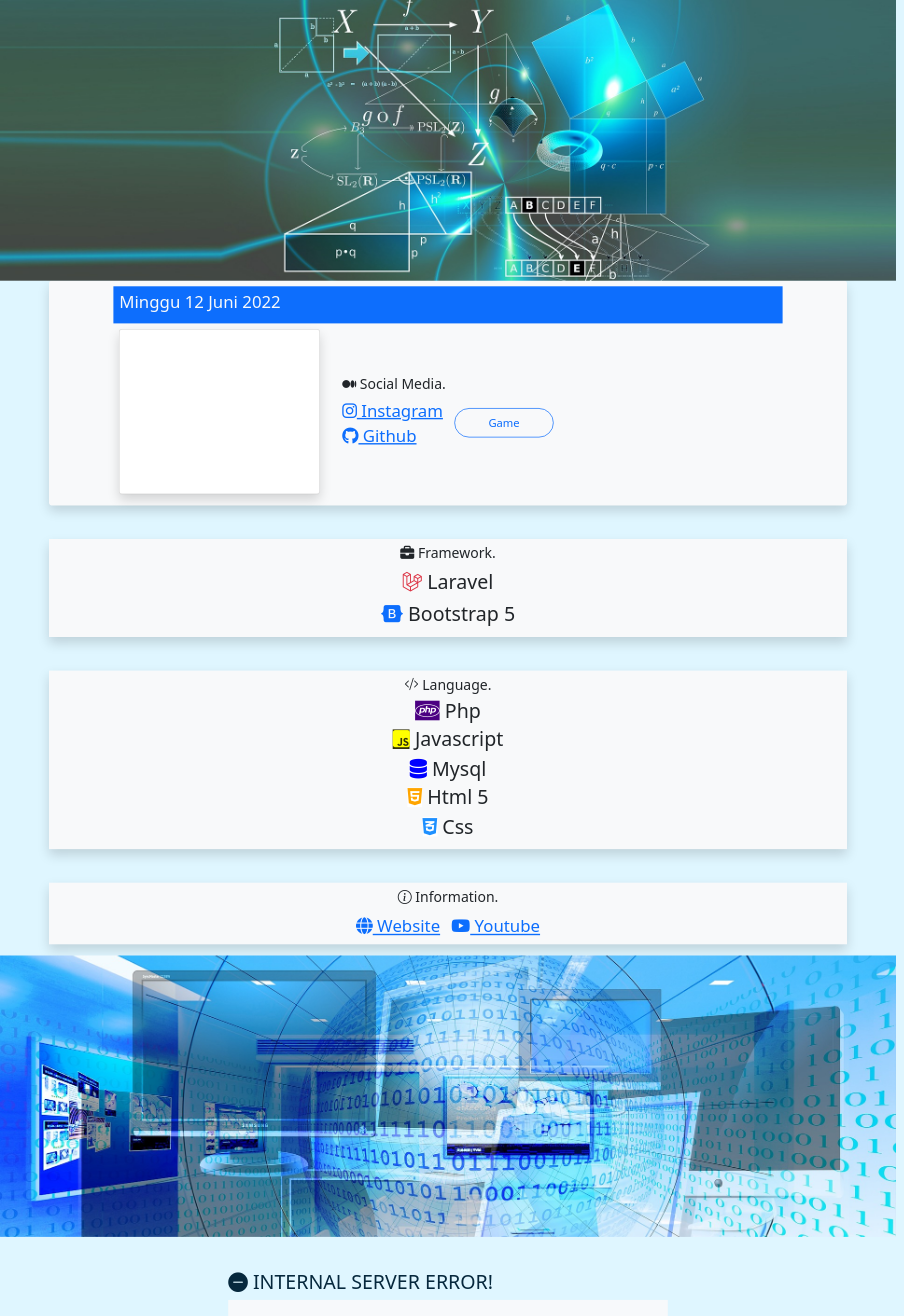
Repository: initer3737/initer3737.github.io
Page: index.html
An editor plug-in stored every save of this project. The page is shown before and after the next save, followed by the edit.
The browser window is 1280 px wide. The page is 1292 px wide, so the pictures cover 1292 px, including what lies to the right of the window. The pictures show the part of the page from y = 0 to 1880 px (the page is 3135 px tall before and 3138 px after), at 70% of full size.
Pictures or frames that could not be fetched are drawn as grey boxes. Some web libraries are served in a nearby version.

Above is the page before, as saved 2022-06-12 08:27:13.
Console error: TypeError: Cannot set properties of null (setting 'innerHTML')

After the next save:
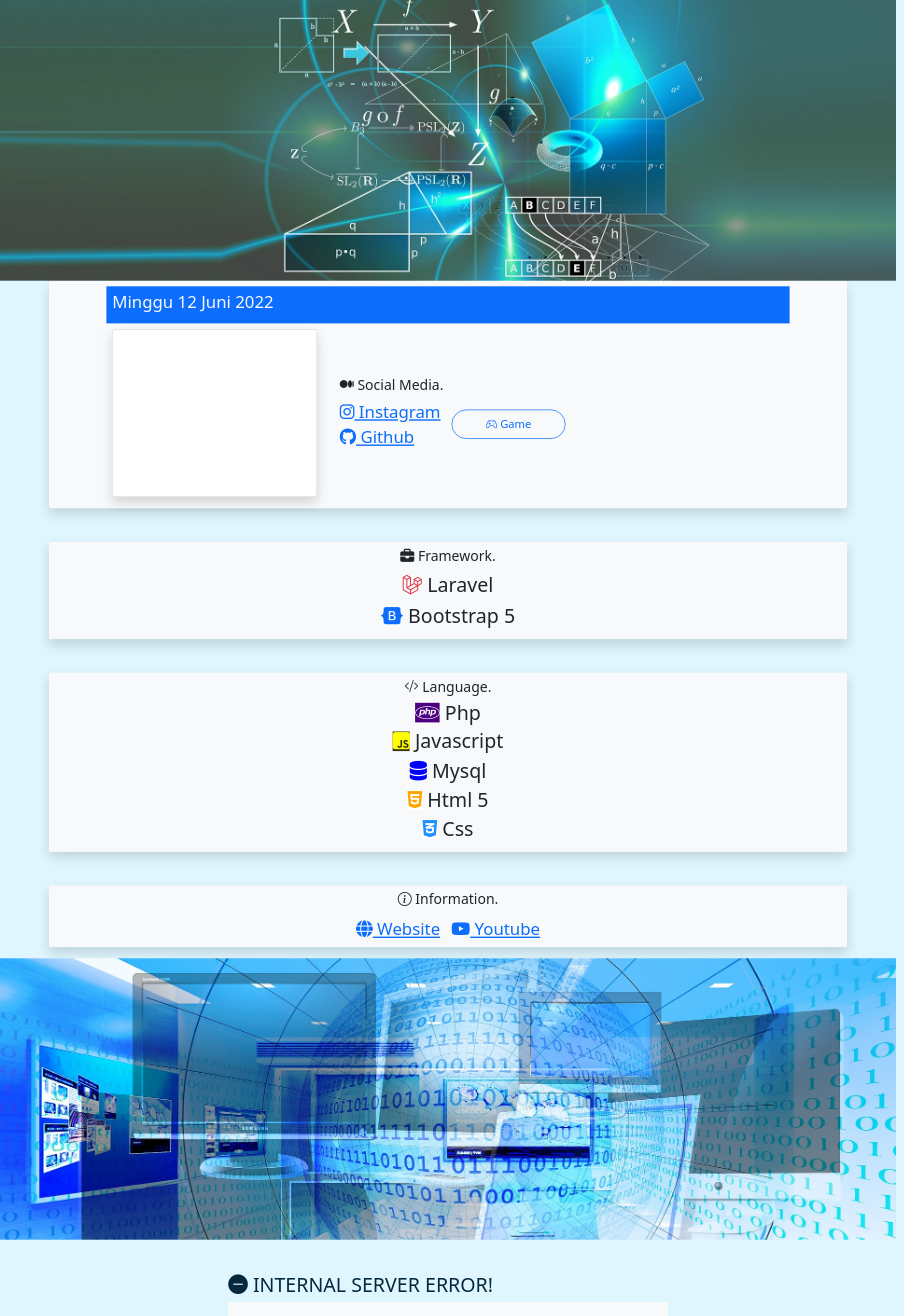
Saved 44 s later.
--- a/index.html
+++ b/index.html
@@ -43,7 +43,7 @@
                     <!-- <a href="https://www.duolingo.com/profile/PUTHUTWAHY" target="_blank" class="text-capitalize"><i class="fa-solid fa-globe"></i> duolingo</a> -->
                     <a href="https://github.com/initer3737" target="_blank" class="text-capitalize"><i class="fa-brands fa-github"></i> github</a>
                 </div>
-                <div class=""><a href="game.html" class="btn btn-outline-primary rounded-pill px-5 py-2">Game</a></div>
+                <div class=""><a href="game.html" class="btn btn-outline-primary rounded-pill px-5 py-2"><i class="bi bi-controller"></i> Game</a></div>
             </div>
             </div>
         </div>
